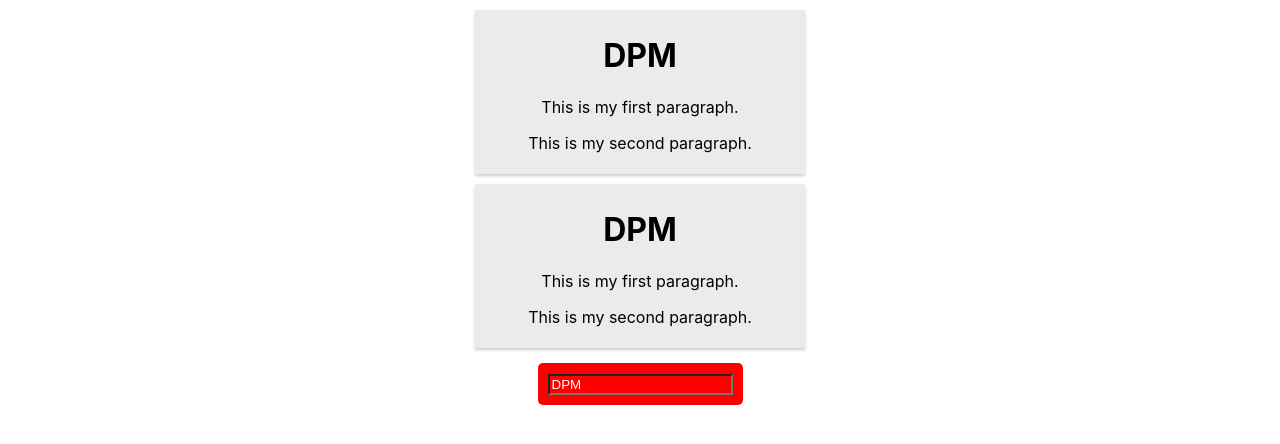
Repository: AidanHak/udemy-react-guide
Page: / (app in base-syntax--assignment-problem/)
The author's editor kept a copy of each file at every save. The page is drawn from the files as they stood at one save, then again after the next save.
The browser window is 1280 px wide. The pictures show the whole page.
The project was rebuilt for these pictures with package versions that can differ from the ones it lists, and the page was loaded fresh each time.

Above is the page before, as saved 2020-12-17 19:38:16.

### base-syntax--assignment-problem/src/App.js
import React, { Component } from 'react';
import './App.css';
import UserInput from './UserInput/UserInput';
import UserOutput from './UserOutput/UserOutput';

class App extends Component {
	state = {
		username: 'DPM'
	}

	changeUsernameHandler = (event) => {
		this.setState({
			username: event.target.value
		})
	}

	render() {
		return (
		  <div className="App">
				<UserOutput
					username={this.state.username}></UserOutput>
				<UserOutput
					username={this.state.username}></UserOutput>
				<UserInput
					username={this.state.username}
					usernameChange={this.changeUsernameHandler}></UserInput>
		  </div>
		);
	}
}

export default App;

### base-syntax--assignment-problem/src/UserInput/UserInput.js
import React from 'react';
import './UserInput.css';

const UserInput = (props) => {
	const style = {
		borderRadius:'5px',
		margin:'5px auto',
		padding:'10px'
	}

	return (
		<div className="UserInput" style={style}>
			<input type="text" value={props.username} onChange={props.usernameChange} />
		</div>
	)
}

export default UserInput;

### base-syntax--assignment-problem/src/UserOutput/UserOutput.js
import React from 'react';
import './UserOutput.css';

const UserOutput = (props) => {
	const style = {
		width: '25%',
		padding:'5px',
		margin: '10px auto',
		boxShadow: '0 2px 3px #ccc'
	}

	return (
		<div className="UserOutput" style={style}>
			<h1>{props.username}</h1>
			<p>This is my first paragraph.</p>
			<p>This is my second paragraph.</p>
		</div>
	)
}

export default UserOutput;

### base-syntax--assignment-problem/src/UserInput/UserInput.css
.UserInput {
	background-color:red;
	width:auto;
	display:inline-block;
}

.UserInput input {
	background-color:red;
	color:white;
}

### base-syntax--assignment-problem/src/UserOutput/UserOutput.css
.UserOutput {
	background-color:rgb(235, 235, 235);
}

Loaded but not shown: base-syntax--assignment-problem/public/index.html (common file); base-syntax--assignment-problem/src/index.js (common file); base-syntax--assignment-problem/src/index.css (common file); base-syntax--assignment-problem/src/reportWebVitals.js (common file); base-syntax--assignment-problem/src/App.css (common file)

After the next save:
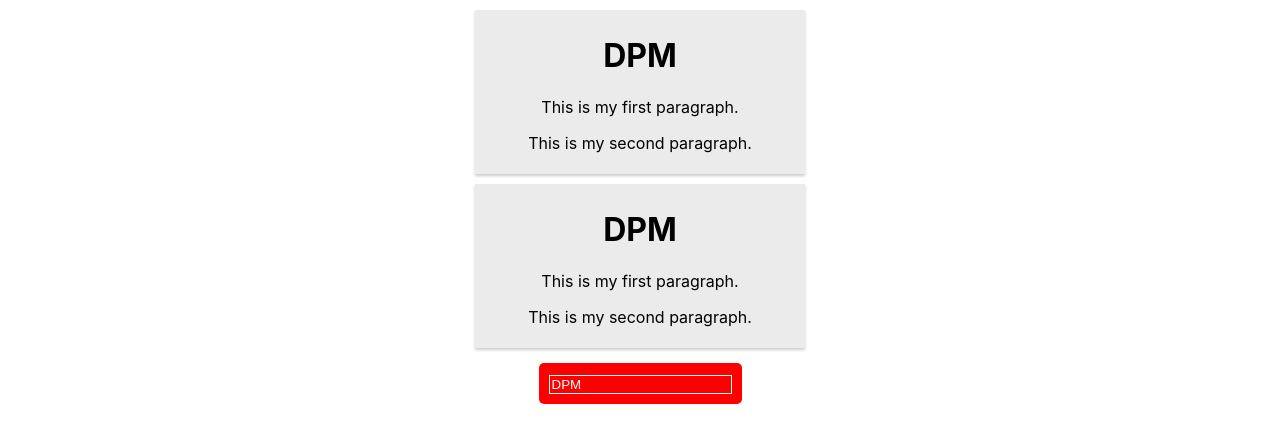
Saved 13 s later.
--- a/base-syntax--assignment-problem/src/UserInput/UserInput.css
+++ b/base-syntax--assignment-problem/src/UserInput/UserInput.css
@@ -7,4 +7,5 @@
 .UserInput input {
 	background-color:red;
 	color:white;
+	border:1px solid white;
 }
